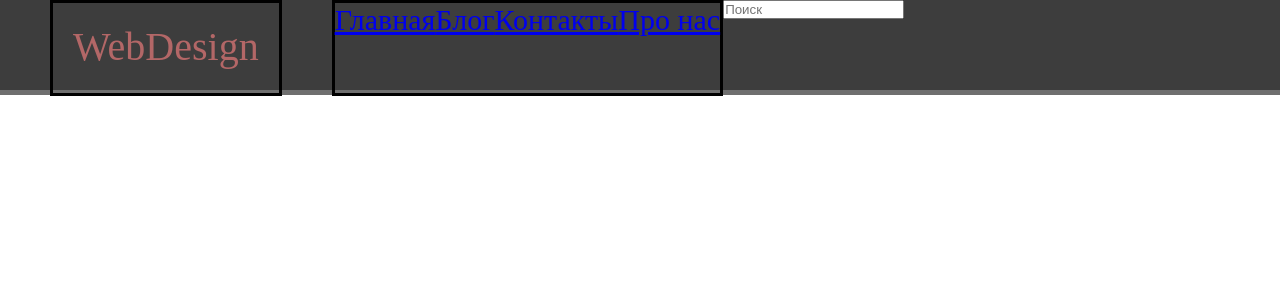
Repository: andbaik/Itprog
Page: index.htm
These files come from the project's save history. The page is drawn as it stood at one moment and after a run of saves; the edit follows.
The browser window is 1280 px wide. The pictures show the whole page.

Above is the page before, as saved 2021-01-19 16:06:51.

After the next 3 saves:
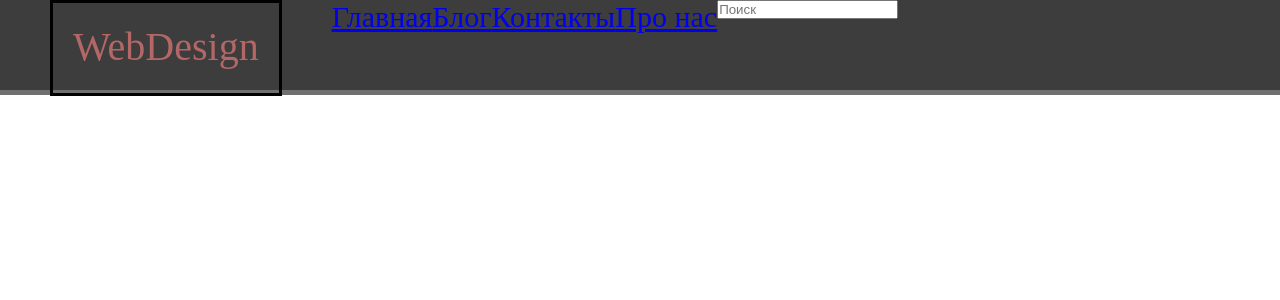
The 3 saves are shown as one change because they came seconds apart.
The last was saved 15 s later.
--- a/css/style.css
+++ b/css/style.css
@@ -31,6 +31,7 @@
 .nav {
     height: 100%;
     width: auto;
+    padding
     border: 3px solid black;
 }
 

After the save that followed:
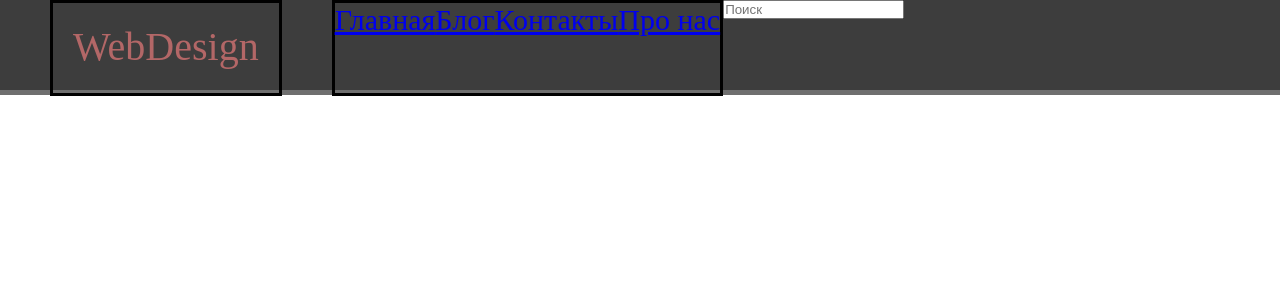
Saved 5 s later.
--- a/css/style.css
+++ b/css/style.css
@@ -31,7 +31,7 @@
 .nav {
     height: 100%;
     width: auto;
-    padding
+    padding: ;
     border: 3px solid black;
 }
 
